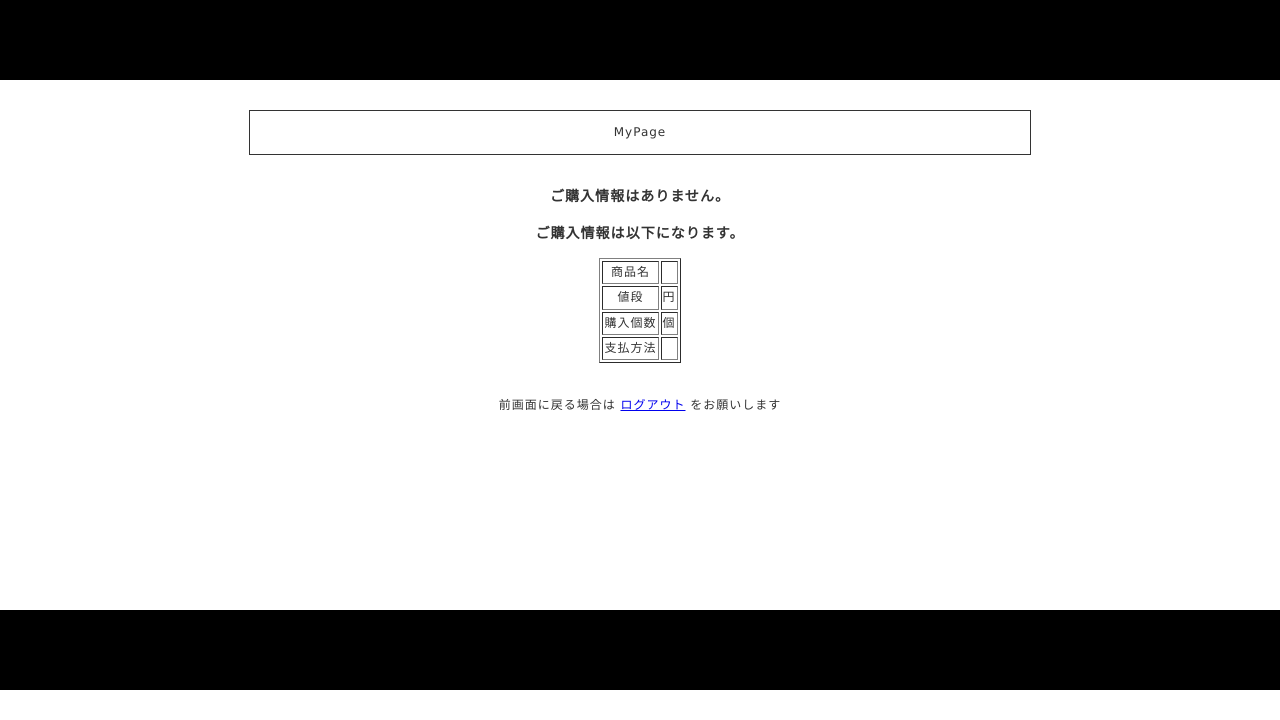
Repository: fujita0830/learning
Page: http://localhost/ecsite/myPage.jsp
These files come from the project's save history. The page is drawn as it stood at one moment and after a run of saves; the edit follows.
The browser window is 1280 px wide. The pictures show the whole page.
The page is served by Tomcat 9. Other server files are loaded and not shown.

Above is the page before, as saved 2019-01-16 04:51:25.

### ecsite/WebContent/myPage.jsp
<%@ page language="java" contentType="text/html; charset=UTF-8"
    pageEncoding="UTF-8"%>
<!DOCTYPE html PUBLIC "-//W3C//DTD HTML 4.01 Transitional//EN" "http://www.w3.org/TR/html4/loose.dtd">
<html>
<head>
<meta http-equiv="Content-Type" content="text/html; charset=UTF-8"/>
<meta http-equiv="Content-Style-Type" content="text/css"/>
<meta http-equiv="Content-Script-Type" content="text/javascript"/>
<meta http-equiv="imagetoolbar" content="no"/>
<meta name="description" content=""/>
<meta name="keywords" content=""/>

<title>Mypage画面</title>

<style type="text/css">

/*========TAG LAYOUT========*/
	body{
      margin:0;
      padding: 0;
      line-height: 1.6;
      letter-spacing: 1px;
      font-family: Verdana, Helvetica, sans-serif;
      font-size: 12px;
      color:#333;
      background: #fff;
	}

    table{
      text-align: center;
      margin: 0 auto;
	}

/*========ID LAYOUT========*/

	#top{
    width: 780px;
    margin: 30px auto;
    border: 1px solid #333;
    }

    #header{
    width: 100%;
    height: 80px;
    background-color: black;
    }

    #main{
    width: 100%;
    height: 500px;
    text-align: center;
    }

    #footer{
    width: 100%;
    height: 80px;
    background-color: black;
    clear: both;
    }

    #text-right{
    display:inline-block;
    text-align: right;
    }

</style>

</head>

<body>

		<div id="header">
			<div id="pr">
			</div>
		</div>

		<div id="main">
			<div id="top">
					<p>MyPage</p>
			</div>
			<div>
				<s:if test="myPageList==null">
					<h3>ご購入情報はありません。</h3>
				</s:if>
				<s:elseif test="message==null">
					<h3>ご購入情報は以下になります。</h3>

					<table border="1">
						<tr>
							<td>商品名</td>
							<td>
								<s:property value="session.buyItem_name"/>
							</td>
						</tr>
						<tr>
							<td>値段</td>
							<td>
								<s:property value="session.total_price"/>
									<span>円</span>
							</td>
						</tr>

						<tr>
							<td>購入個数</td>
							<td>
								<s:property value="session.total_count"/>
									<span>個</span>
							</td>
						</tr>

						<tr>
							<td>支払方法</td>
							<td>
								<s:property value="session.total_payment"/>
							</td>
						</tr>

					</table>
					<s:form action="MyPageAction">
						<input type="hidden" name="deleteFlg" value="1">
						<s:submit value="削除" method="delete"/>
					</s:form>
				</s:elseif>

				<s:if test="session.message!=null">
					<h3><s:property value="session.message"/></h3>
				</s:if>
					<div>
							<br>
							<span>前画面に戻る場合は</span>
							<a href='<s:url action="HomeAction"/>'>ログアウト</a>
							<span>をお願いします</span>

					</div>

			</div>
		</div>
		<div id="footer">
				<div id="pr">
				</div>
		</div>




</body>
</html>

After the next 2 saves:
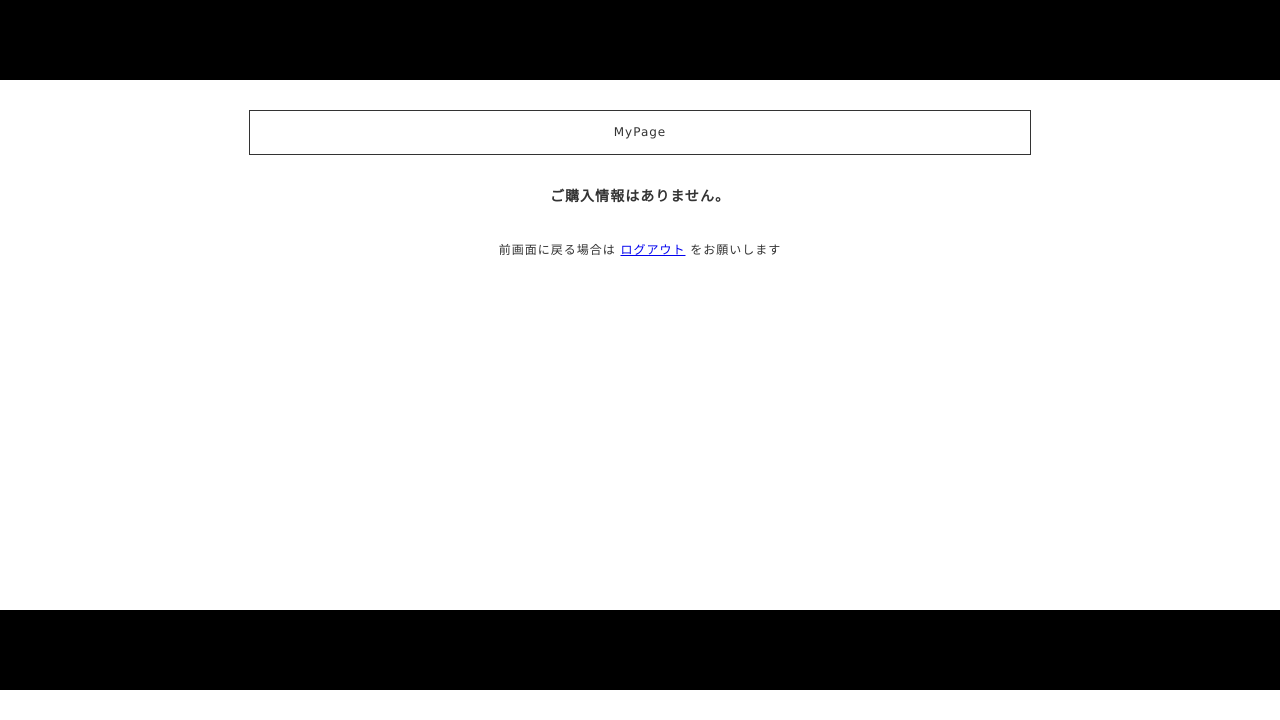
The 2 saves are shown as one change because 1 did not build or start.
The last was saved 12 min 1 s later.
--- a/ecsite/WebContent/myPage.jsp
+++ b/ecsite/WebContent/myPage.jsp
@@ -1,5 +1,6 @@
 <%@ page language="java" contentType="text/html; charset=UTF-8"
     pageEncoding="UTF-8"%>
+<%@ taglib prefix="s" uri="/struts-tags" %>
 <!DOCTYPE html PUBLIC "-//W3C//DTD HTML 4.01 Transitional//EN" "http://www.w3.org/TR/html4/loose.dtd">
 <html>
 <head>
@@ -86,34 +87,20 @@
 					<h3>ご購入情報は以下になります。</h3>
 
 					<table border="1">
+					<tr>
+							<th>商品名</th>
+							<th>値段</th>
+							<th>購入個数</th>
+							<th>支払方法</th>
+							<th>購入日</th>
+					</tr>
+					<s:iterator value="myPageList">
 						<tr>
-							<td>商品名</td>
-							<td>
-								<s:property value="session.buyItem_name"/>
-							</td>
+							<td><s:property value="itemName"/></td>
+
+
 						</tr>
-						<tr>
-							<td>値段</td>
-							<td>
-								<s:property value="session.total_price"/>
-									<span>円</span>
-							</td>
-						</tr>
-
-						<tr>
-							<td>購入個数</td>
-							<td>
-								<s:property value="session.total_count"/>
-									<span>個</span>
-							</td>
-						</tr>
-
-						<tr>
-							<td>支払方法</td>
-							<td>
-								<s:property value="session.total_payment"/>
-							</td>
-						</tr>
+					</s:iterator>
 
 					</table>
 					<s:form action="MyPageAction">
